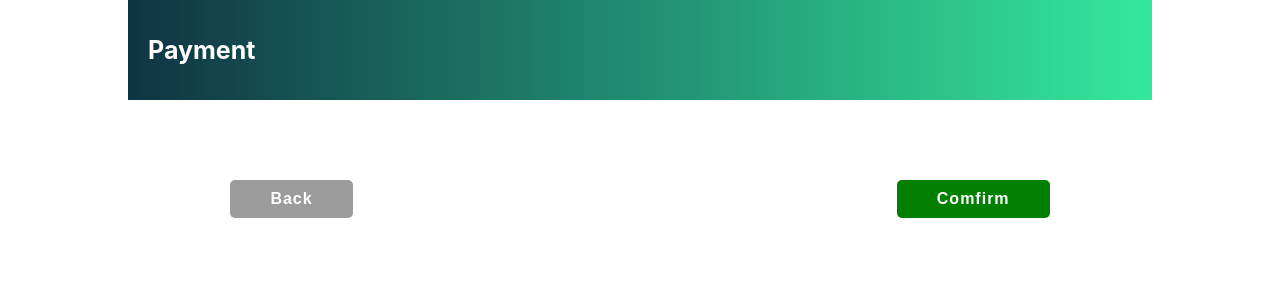
Repository: Yowani24/ecocarbon
Page: /payment
These files come from the project's save history. The page is drawn as it stood at one moment and after the next save; the edit follows.
The browser window is 1280 px wide. The pictures show the whole page.
The project was rebuilt for these pictures with package versions that can differ from the ones it lists, and the page was loaded fresh each time. The framework's server and built-in components were replaced by stand-ins that run in the browser. Also part of the build but not shown: next.config.js.

Above is the page before, as saved 2021-09-28 22:04:12.

After the next save:
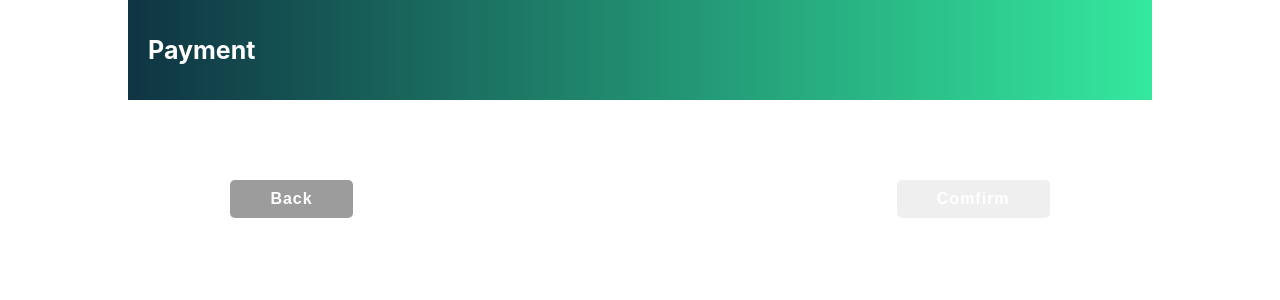
Saved 9 s later.
--- a/pages/payment/index.js
+++ b/pages/payment/index.js
@@ -25,7 +25,7 @@
 
                 <span>
                     <Link href="/cart" passHref><button>Back</button></Link>
-                    <button className={styles.confirmBtn}>Comfirm</button>
+                    <button>Comfirm</button>
                 </span>
             </div>
         </section>

After the save that followed:
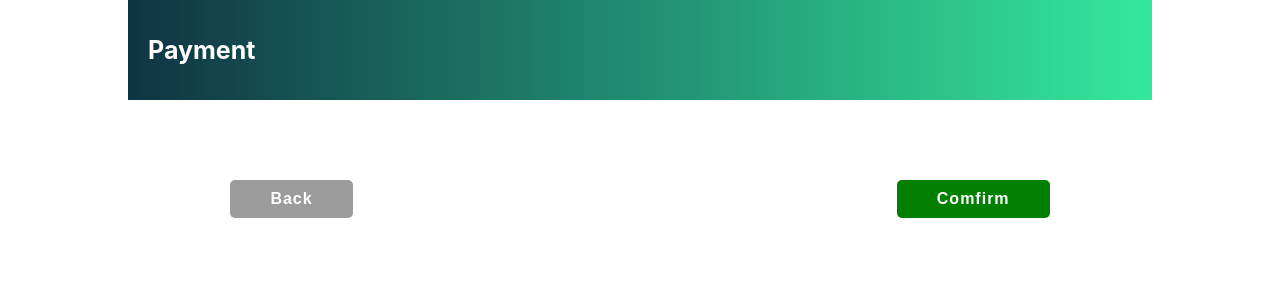
Saved 119 s later.
--- a/pages/payment/index.js
+++ b/pages/payment/index.js
@@ -25,7 +25,7 @@
 
                 <span>
                     <Link href="/cart" passHref><button>Back</button></Link>
-                    <button>Comfirm</button>
+                    <button className={styles.confirmBtn}>Comfirm</button>
                 </span>
             </div>
         </section>
